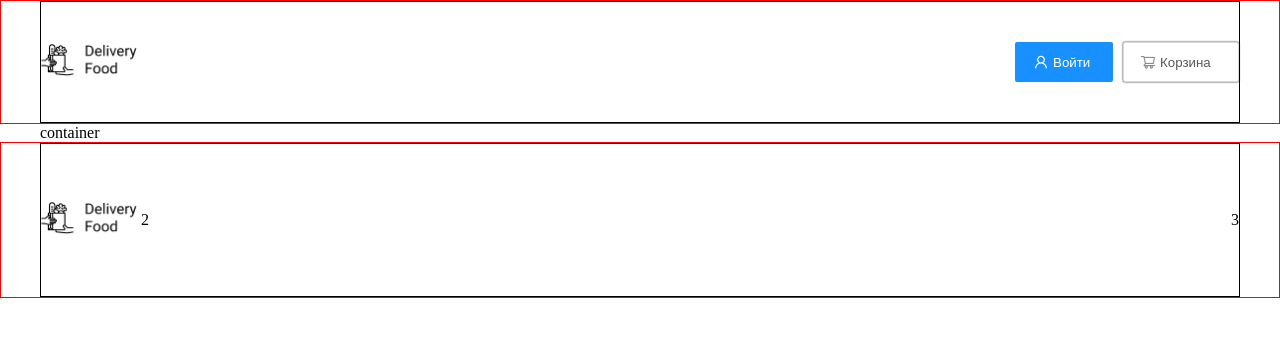
Repository: Valera1994/WebTestProject
Page: delivery/index.html
These files come from the project's save history. The page is drawn as it stood at one moment and after the next save; the edit follows.
The browser window is 1280 px wide. The pictures show the whole page.

Above is the page before, as saved 2025-09-14 22:29:18.

After the next save:
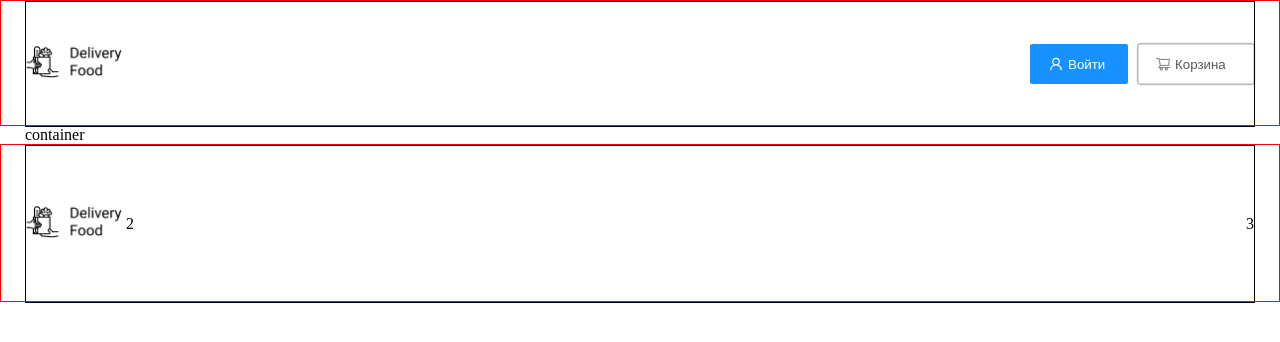
Saved 4 min 19 s later.
--- a/delivery/style.css
+++ b/delivery/style.css
@@ -1,5 +1,5 @@
 * {
-    box-sizing: border-box;
+
 }
 
 body{

After the save that followed:
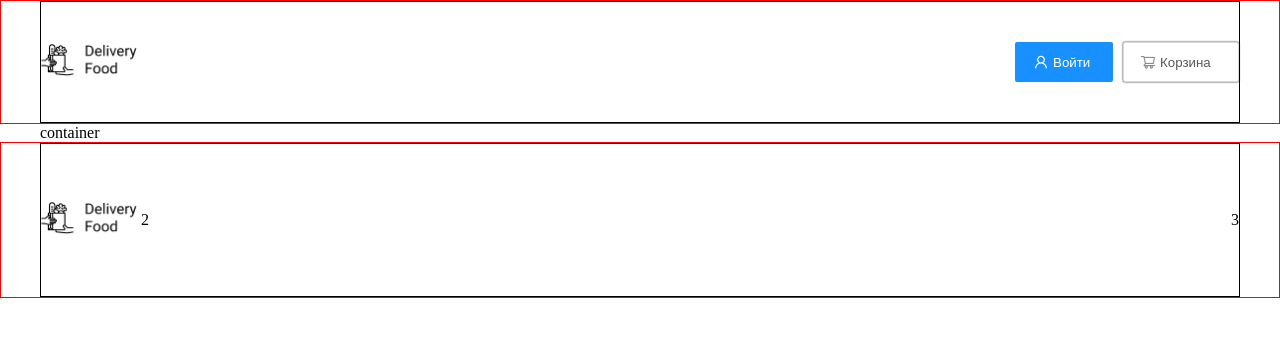
Saved 10 s later.
--- a/delivery/style.css
+++ b/delivery/style.css
@@ -1,5 +1,5 @@
 * {
-
+    box-sizing: border-box;
 }
 
 body{
